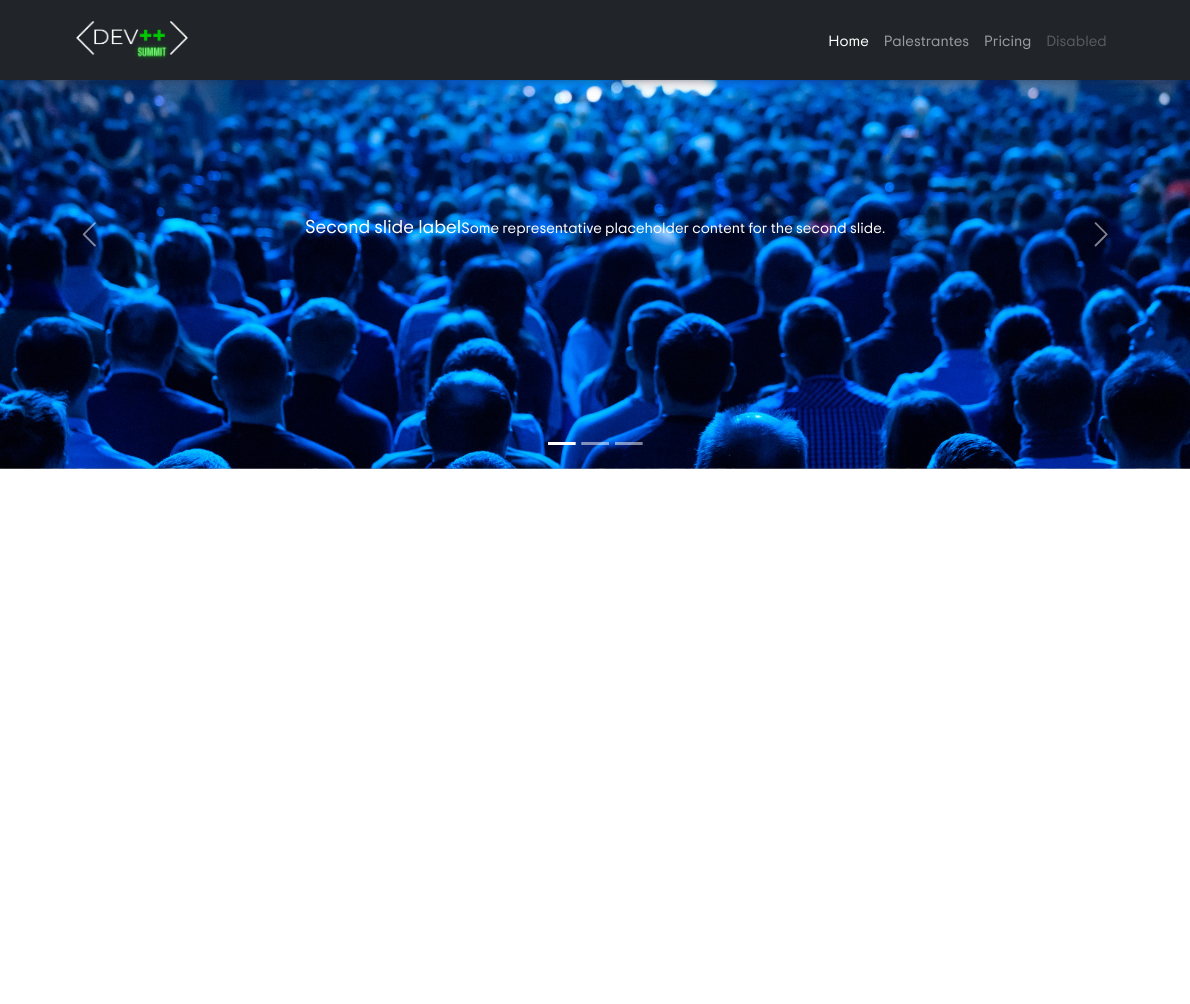
Repository: GScholl/ProjetoWeb_
Page: index.html
These files come from the project's save history. The page is drawn as it stood at one moment and after the next save; the edit follows.
The browser window is 1280 px wide. The pictures show the whole page, at 93% of full size.

Above is the page before, as saved 2023-08-23 09:56:23.

### index.html
<!DOCTYPE html>
<html lang="pt-BR">

<head>
  <meta charset="UTF-8">
  <meta name="viewport" content="width=device-width, initial-scale=1.0">
  <title>Dev+</title>
  <link rel="stylesheet" href="/Bootstrap/css/bootstrap.min.css">
  <link rel="stylesheet" href="/css/style.css">
</head>

<body>
  <nav class="navbar navbar-expand-lg fixed-top navbar-dark bg-dark t">
    <div class="container d-flex  flex-row  justify-content-between">


        <a class="navbar-brand" href="#"><img src="/img/DEV+.png" alt="logotipo da conferência" class="logo"></a>
        <button class="navbar-toggler" type="button" data-bs-toggle="collapse" data-bs-target="#navbarNav"
          aria-controls="navbarNav" aria-expanded="false" aria-label="Toggle navigation">
          <span class="navbar-toggler-icon"></span>
        </button>

      <div class="collapse navbar-collapse justify-content-end " id="navbarNav">
        <ul class="navbar-nav">
          <li class="nav-item">
            <a class="nav-link active" aria-current="page" href="#">Home</a>
          </li>
          <li class="nav-item">
            <a class="nav-link" href="#">Palestrantes</a>
          </li>
          <li class="nav-item">
            <a class="nav-link" href="#">Pricing</a>
          </li>
          <li class="nav-item">
            <a class="nav-link disabled">Disabled</a>
          </li>
        </ul>
      </div>

    </div>
  </nav>
<div id="carouselExampleCaptions" class="carousel slide" data-bs-ride="false">
  <div class="carousel-indicators">
    <button type="button" data-bs-target="#carouselExampleCaptions" data-bs-slide-to="0" class="active"
      aria-current="true" aria-label="Slide 1"></button>
    <button type="button" data-bs-target="#carouselExampleCaptions" data-bs-slide-to="1" aria-label="Slide 2"></button>
    <button type="button" data-bs-target="#carouselExampleCaptions" data-bs-slide-to="2" aria-label="Slide 3"></button>
  </div>

  <div class="carousel-inner">
    <div class="carousel-item active  item-1">

      <div class="text-white d-none d-md-flex">
        <h5>First slide label</h5>
        <p>Some representative placeholder content for the first slide.</p>
      </div>
    </div>
    <div class="carousel-item d-flex justify-content-center align-items-center item-2 ">

      <div class="text-white d-none d-md-flex">
        <h5>Second slide label</h5>
        <p>Some representative placeholder content for the second slide.</p>
      </div>
    </div>
    <div class="carousel-item item-3">

      <div class="text-white d-none d-md-flex">
        <h5>Third slide label</h5>
        <p>Some representative placeholder content for the third slide.</p>
      </div>
    </div>
  </div>
  <button class="carousel-control-prev" type="button" data-bs-target="#carouselExampleCaptions" data-bs-slide="prev">
    <span class="carousel-control-prev-icon" aria-hidden="true"></span>
    <span class="visually-hidden">Previous</span>
  </button>
  <button class="carousel-control-next" type="button" data-bs-target="#carouselExampleCaptions" data-bs-slide="next">
    <span class="carousel-control-next-icon" aria-hidden="true"></span>
    <span class="visually-hidden">Next</span>
  </button>
</div>
  <script src="/Bootstrap/js/bootstrap.bundle.min.js"></script>
</body>

</html>

### css/style.css
@font-face {
  font-family: "Trip-sans";
  src: url(/font/TripSans-Regular.ttf);
}
* {
  font-family: "Trip-sans", sans-serif;
  transition: 0.2s all;
}
body{
  height: 150vh;;
}
nav{
  box-shadow: rgba(50, 50, 93, 0.25) 0px 6px 12px -2px, rgba(0, 0, 0, 0.3) 0px 3px 7px -3px;
}
.logo {
  height: 60px;
}
.item-1 {
  background-image: url(/img/1.png);
  height: 70vh;
  background-position: center;
  background-size: cover;
 background-repeat: no-repeat;
 width: 100%;
}
.item-2 {
  background-image: url(/img/2.png);
  height: 70vh;
  background-position: center;
  background-size: cover;
  background-repeat: no-repeat;
   width: 100%;

}
.item-3 {
  background-image: url(/img/3.png);
  height: 70vh;
  background-position: center;
  background-size: cover;
  background-repeat: no-repeat;
   width: 100%;
}

Loaded but not shown: Bootstrap/css/bootstrap.min.css (library); Bootstrap/js/bootstrap.bundle.min.js (library)

After the next save:
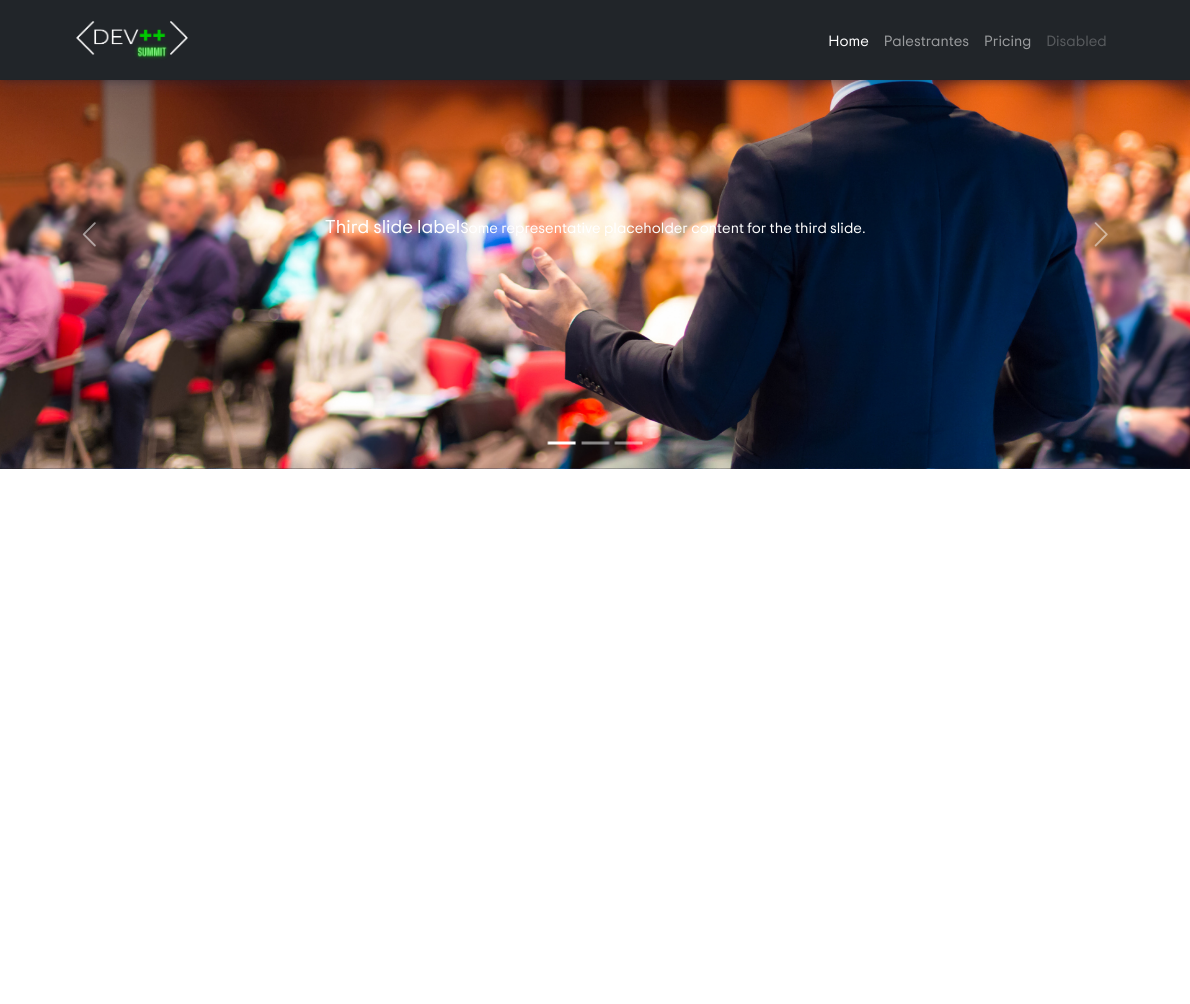
Saved 14 s later.
--- a/index.html
+++ b/index.html
@@ -62,7 +62,7 @@
         <p>Some representative placeholder content for the second slide.</p>
       </div>
     </div>
-    <div class="carousel-item item-3">
+    <div class="carousel-item d-flex justify-content-center align-items-center item-3">
 
       <div class="text-white d-none d-md-flex">
         <h5>Third slide label</h5>

After the 4 saves that followed:
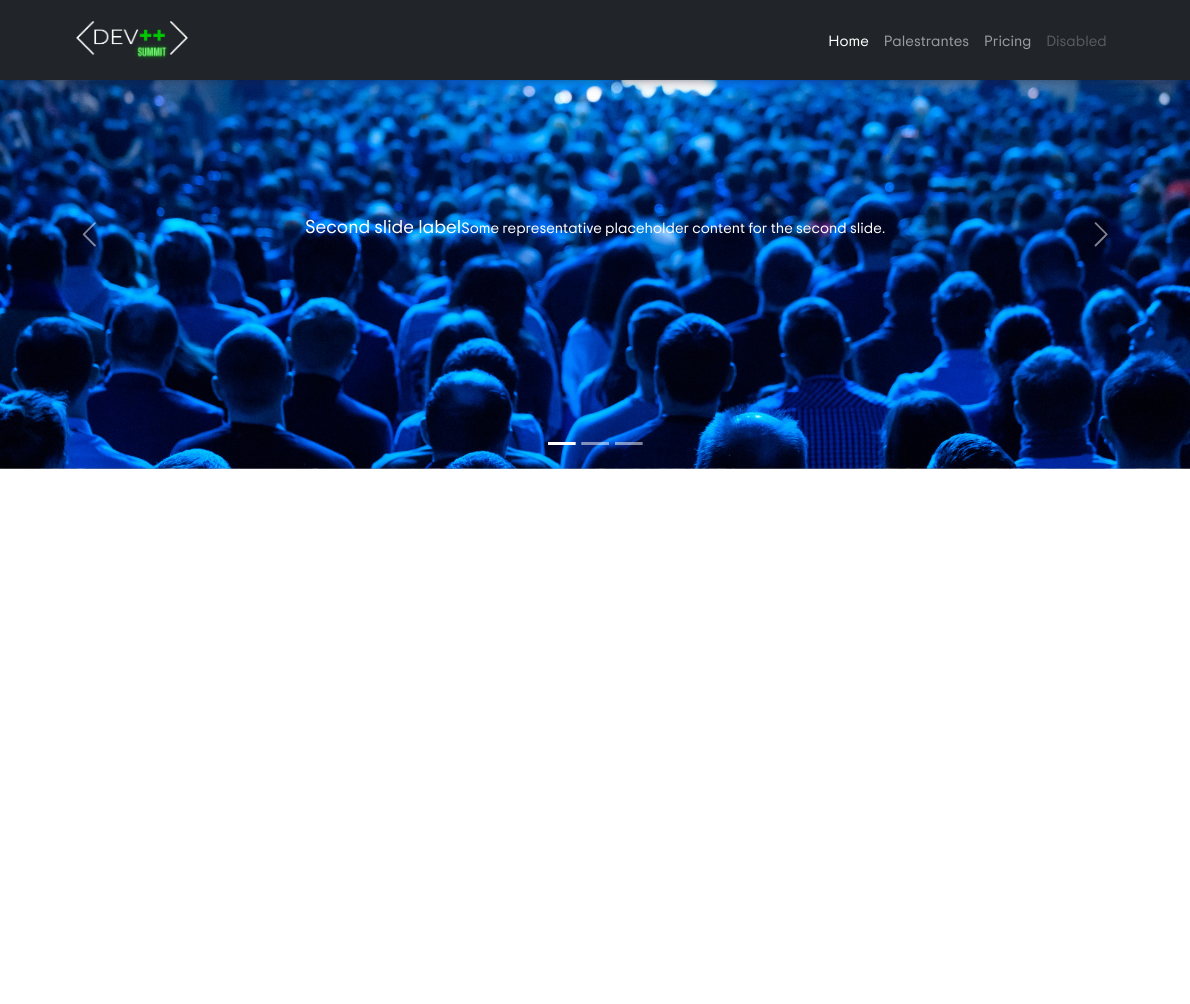
The 4 saves are shown as one change because 3 left the picture as it was.
The last was saved 79 s later.
--- a/index.html
+++ b/index.html
@@ -62,7 +62,7 @@
         <p>Some representative placeholder content for the second slide.</p>
       </div>
     </div>
-    <div class="carousel-item d-flex justify-content-center align-items-center item-3">
+    <div class="carousel-item  item-3">
 
       <div class="text-white d-none d-md-flex">
         <h5>Third slide label</h5>
